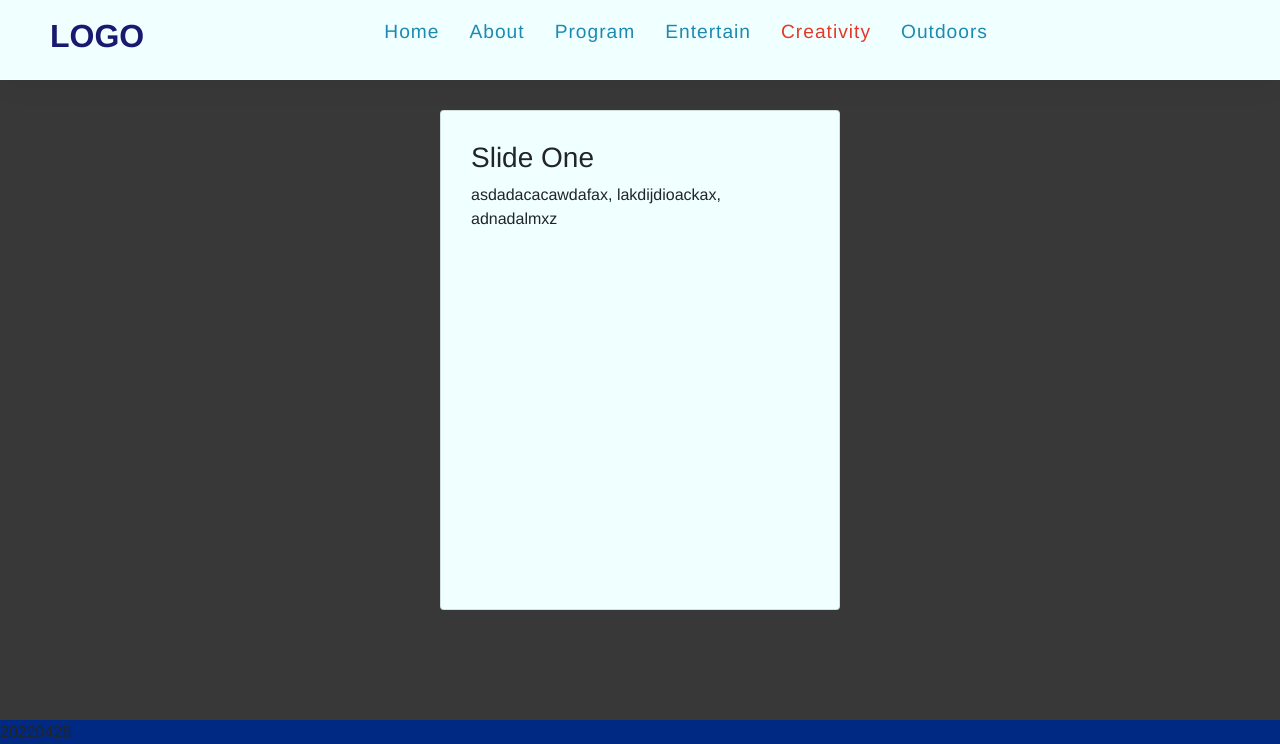
Repository: KevinYu0515/DeadByDaylight-custom-wiki
Page: /creativity
The author's editor kept a copy of each file at every save. The page is drawn from the files as they stood at one save, then again after a run of saves.
The browser window is 1280 px wide. The pictures show the whole page.
Some web libraries are served in a nearby version. The project was rebuilt for these pictures with package versions that can differ from the ones it lists, and the page was loaded fresh each time. Also part of the build but not shown: vite.config.js, vue.config.js, src/views/Home.vue.

Above is the page before, as saved 2022-03-19 20:06:14.

### src/App.vue
<template>
  <div class="app">
    <Navbar></Navbar>
    <router-view />
    <Footer></Footer>
  </div>
</template>

<script>
import Navbar from "./components/Navbar.vue";
import Footer from "./components/Footer.vue";
export default {
  name: "App",
  components: {
    Navbar,
    Footer,
  },
};
</script>

<style>
@import url("https://fonts.googleapis.com/css2?family=Source+Sans+Pro&family=Space+Grotesk&display=swap");
@import url("https://fonts.googleapis.com/css2?family=Fredoka+One&display=swap");
@import url("https://fonts.googleapis.com/css2?family=Rowdies&display=swap");
@import url("https://fonts.googleapis.com/css2?family=Ubuntu&display=swap");
@import url("https://fonts.googleapis.com/css2?family=Quicksand&family=Ubuntu&display=swap");

* {
  margin: 0;
  padding: 0;
  box-sizing: border-box;
  font-family: "Franklin Gothic Medium", "Arial Narrow", Arial, sans-serif;
  scroll-behavior: smooth;
}

.default {
  position: relative;
  display: flex;
  justify-content: center;
  align-items: center;
  min-height: 100vh;
  color: #f5f5f5;
  font-size: 18vw;
  font-weight: 700;
}
</style>

### src/router/index.js

import { createRouter, createWebHistory } from 'vue-router'
import Home from '../views/Home.vue'


const routes = [
  {
    path: '/',
    name: 'Home',
    component:Home
  },
  {
    path: '/home',
    component:Home
  },
  {
    path: '/about',
    name: 'About',
    // route level code-splitting
    // this generates a separate chunk (about.[hash].js) for this route
    // which is lazy-loaded when the route is visited.
    component: () => import(/* webpackChunkName: "about" */ '../views/About.vue'),
    meta: { title:'關於'}
  },
  {
    path:'/program',
    name:'Program',
    component:()=> import('../views/Program.vue')
  },
  {
    path:'/entertain',
    name:'Entertain',
    component:()=> import('../views/Hobby/Entertain.vue')
  },
  {
    path:'/creativity',
    name:'Creativity',
    component:()=> import('../views/Hobby/Creativity.vue')
  },
  {
    path:'/outdoors',
    name:'Outdoors',
    component:()=> import('../views/Hobby/Outdoors.vue')
  },
]

const router = createRouter({
  history: createWebHistory(process.env.BASE_URL),
  routes,
})

export default router

### src/components/Navbar.vue
<template>

    <header :class="{ 'scrolled-nav': scrollNav}">
        <nav>
            <router-link to="/" class="logo">Logo</router-link>
            <ul v-show="!mobile" class="navigation">
                <li><router-link to="/home">Home</router-link> </li>
                <li><router-link to="/about">About</router-link> </li>
                <li><router-link to="/program">Program</router-link> </li>
                <li><router-link to="/entertain">Entertain</router-link> </li>
                <li><router-link to="/creativity">Creativity</router-link> </li>
                <li><router-link to="/outdoors">Outdoors</router-link> </li>
           </ul>
            <div class="navbar_icon">
                <i @click="toggleMobileNav" v-show="mobile" class="fi fi-br-menu-burger" :class="{'icon-active':mobileNav}" ></i>
            </div>
            <transition name='mobile-nav'>
                <ul v-show="mobileNav" class="dropdown-nav">
                    <li><router-link to="/home">Home</router-link> </li>
                    <li><router-link to="/about">About</router-link> </li>
                    <li><router-link to="/program">Program</router-link> </li>
                    <li><router-link to="/entertain">Entertain</router-link> </li>
                    <li><router-link to="/creativity">Creativity</router-link> </li>
                    <li><router-link to="/outdoors">Outdoors</router-link> </li>
                </ul>
            </transition>
        </nav>
      </header>
</template>

<script>
export default {
  name: 'Navbar',
  data() {
      return{
          scrollNav: null,
          mobile: null,
          mobileNav: null,
          windowWidth: null,
      };
    },
    created(){
        window.addEventListener('resize', this.checkScreen);
        this.checkScreen();
    },
    mounted(){
        window.addEventListener('scroll', this.updateScroll);
    },
    methods:{
        toggleMobileNav(){
            this.mobileNav = !this.mobileNav;
        },

        updateScroll(){
            const scrollPosition = window.scrollY;
            if(scrollPosition > 50){
                this.scrollNav = true;
                return;
            }
            this.scrollNav = false;
        },
        checkScreen(){
            this.windowWidth = window.innerWidth;
            if(this.windowWidth <= 850){
                this.mobile = true;
                return
            }
            this.mobile = false;
            this.mobileNav = false;
            return;
        },
    },
};

</script>

<!-- Add "scoped" attribute to limit CSS to this component only -->
<style lang="scss" scoped>
@import '@/assets/scss/navbar.scss'
</style>

### src/components/Footer.vue
<template>
  <div class="footer">20220428</div>
</template>

<script>
export default {
  name: "Footer",
};
</script>

<style lang="scss" scoped>
@import "@/assets/scss/footer.scss";
</style>

### src/views/Hobby/Creativity.vue
<template>
  <div class="creativity">
    <div class="card">
      <div class="sliderText">
        <div class="content">
          <h3>Slide One</h3>
          <p>asdadacacawdafax, lakdijdioackax, adnadalmxz</p>
        </div>
      </div>
    </div>
  </div>
</template>
<!--待續-->

<style scoped lang="scss">
@import "@/assets/scss/hobby/creativity.scss"
</style>

### src/assets/scss/navbar.scss
@import url('https://cdn-uicons.flaticon.com/uicons-bold-rounded/css/uicons-bold-rounded.css');

header{
    position: fixed;
    top: 0;
    right: 0;
    display: flex;
    width: 100%;
    height: 80px;
    justify-content: space-between;
    align-items: center;
    padding: 0px 60px 0 50px;
    background-color:azure;
    box-shadow: 0 5px 30px rgba(0,0,0,0.05);
    z-index: 1000;
    transition: 0.5s ease all;

     nav{
        display: flex;
        position: relative;
        flex-direction: row;
        transition: 0.5s ease all;
        width:90%;
        flex:1;
        margin: 0 auto;
        @media (min-width: 1140px){
            max-widt:1140px;
        }

        .logo{
            color:midnightblue;
            font-weight: 700;
            font-size: 2em;
            text-decoration: none;
            text-transform: uppercase;
            margin: 5px 8px 0 0;
            transition: 0.5s ease all;
        }

        ul  {
            position: relative;
            display: flex;
            flex-direction: row;

            li {
                List-style:none;

                a{
                    color:rgb(27, 138, 179);
                    height:50px;
                    line-height: 50px;
                    display: inline-block;
                    text-decoration: none;
                    font-size: 1.2em;
                    padding: 0 15px;
                    letter-spacing: 1px;
                    cursor: pointer;
                    &:hover{
                        color:aliceblue;
                        background-color: rgb(7, 101, 101);
                    }
                }
                a.router-link-exact-active{
                    color: #e73727;
                }
            }
        }

        .navigation{
            display:flex;
            align-items: center;
            flex:1;
            justify-content: center;
        }



        .navbar_icon{
            display: flex;
            position: absolute;
            top:7px;
            right:24px;
            height:75%;

            i{
                cursor:pointer;
                font-size: 31.35px;
                transition: 0.8s ease all;
            }
        }

        .icon-active{
            transform: rotate(180deg);
        }



        .dropdown-nav{
            display:flex;
            flex-direction:column;
            position: fixed;
            height: 100%;
            width:100%;
            max-width: 250px;
            background: #fff;
            top:0;
            left:0;

            li{
                margin-left: 0;
                .link{
                    color:black;
                }
            }
        }
        .mobile-nav-enter-active,
        .mobile-nav-leave-active{
            transition: 1s ease all;
        }

        .mobile-nav-enter-from,
        .mobile-nav-leave-to{
            transform: translateX(-250px);
        }

        .mobile-nav-enter-to{
            transform: translateX(0);
        }
    }
}

.scrolled-nav{
    background: azure;
    box-shadow: 0 4px 6px -1px rgba(0,0,0,0.05), 0 2px 4px -1px rgba(0,0,0,0.06);
    height: 60px;
}

### src/assets/scss/footer.scss
.footer{
    position: relative;
    height: auto;
    width:100%;
    background: #002984;
}

### src/assets/scss/hobby/creativity.scss
.creativity{
    margin:0;
    padding: 0;
    display: flex;
    justify-content: center;
    align-items: center;
    min-height: 100vh;
    background: #383838;
    .card{
        position: relative;
        background-color: azure;
        width: 400px;
        height: 500px;
        margin:0 auto;
        .content{
            width:400px;
            padding: 30px;
            box-sizing: border-box;
        }

    }
}

Loaded but not shown: public/index.html (common file); src/main.js (common file)

After the next 3 saves:
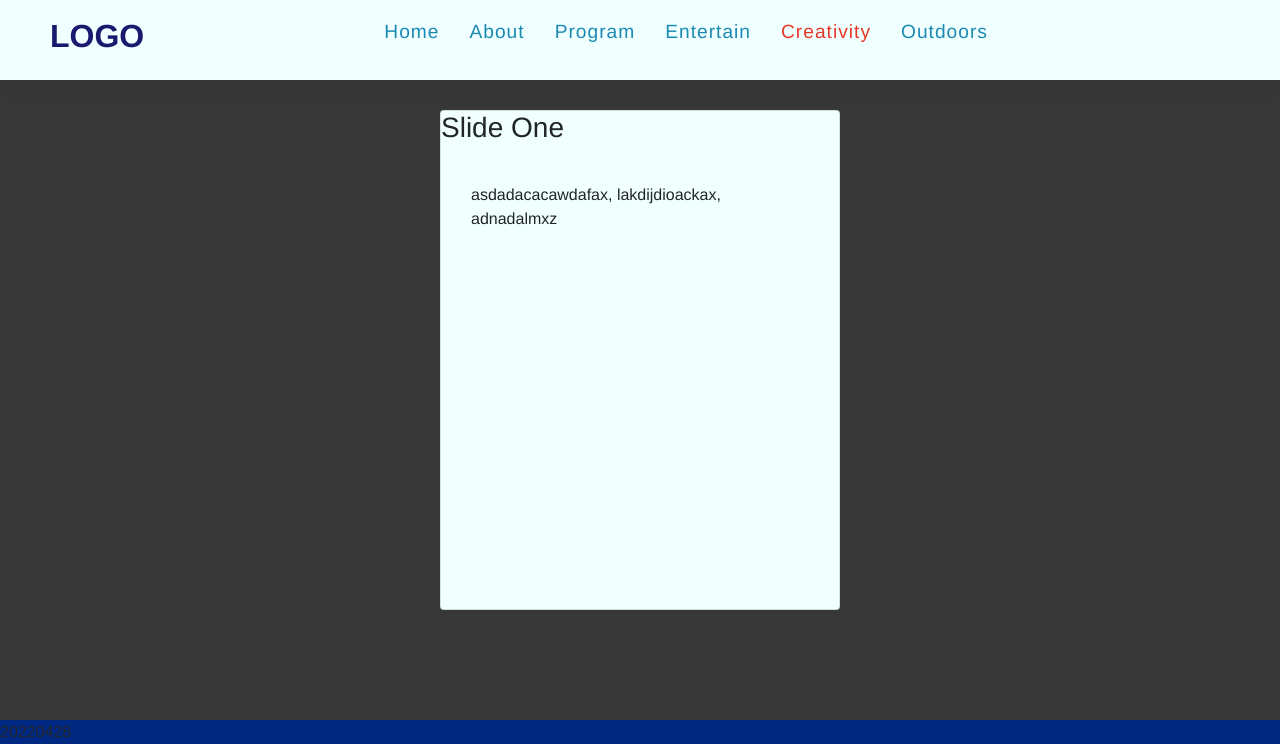
The 3 saves are shown as one change because they came seconds apart.
The last was saved 36 s later.
--- a/src/views/Hobby/Creativity.vue
+++ b/src/views/Hobby/Creativity.vue
@@ -2,8 +2,9 @@
   <div class="creativity">
     <div class="card">
       <div class="sliderText">
+        <h3>Slide One</h3>
         <div class="content">
-          <h3>Slide One</h3>
+
           <p>asdadacacawdafax, lakdijdioackax, adnadalmxz</p>
         </div>
       </div>
